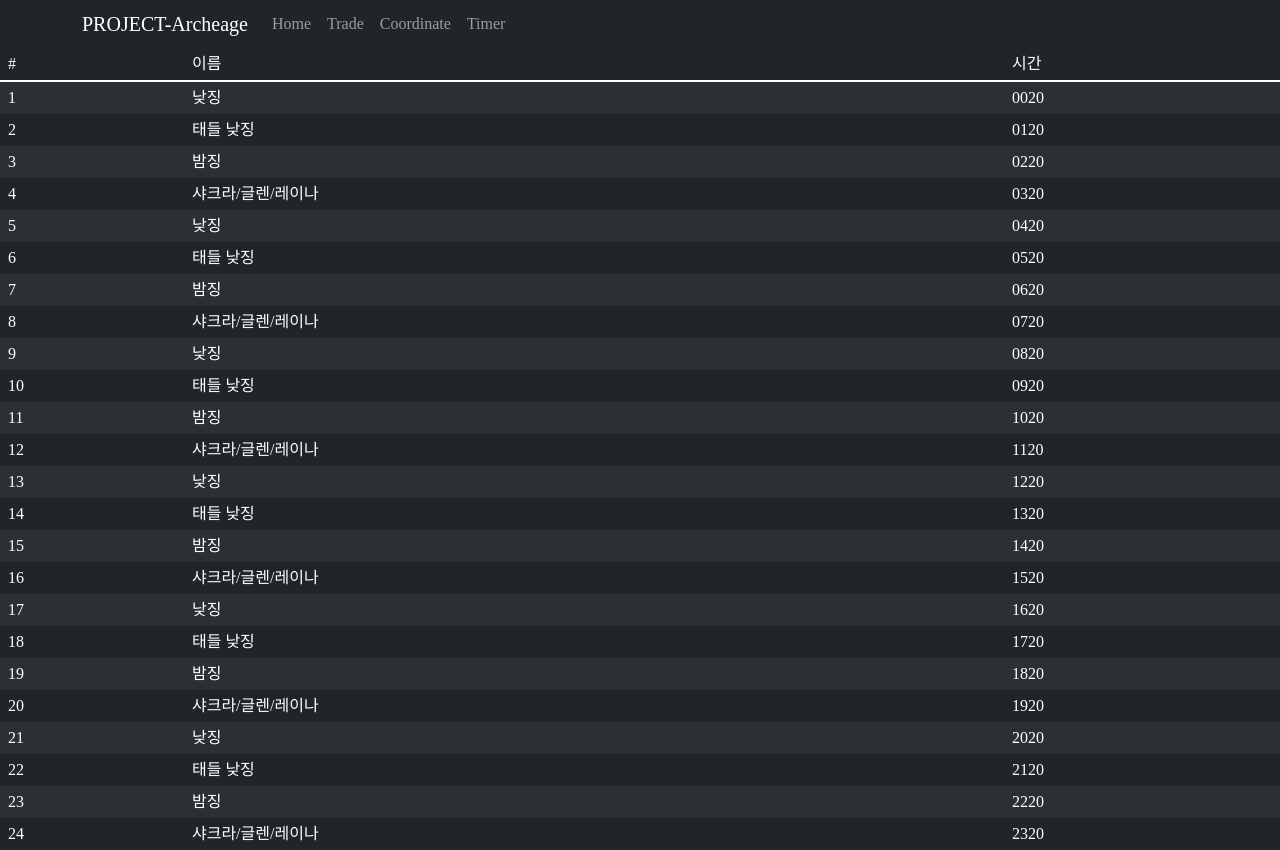
Repository: minsang98/project-archeage
Page: /timer
The author's editor kept a copy of each file at every save. The page is drawn from the files as they stood at one save, then again after the next save.
The browser window is 1280 px wide. The pictures show the whole page.
The project was rebuilt for these pictures with package versions that can differ from the ones it lists, and the page was loaded fresh each time. Imported but missing from the stored project, and not drawn on this page: src/components/Timer/lol.mp3.

Above is the page before, as saved 2022-01-10 23:30:57.

After the next save:
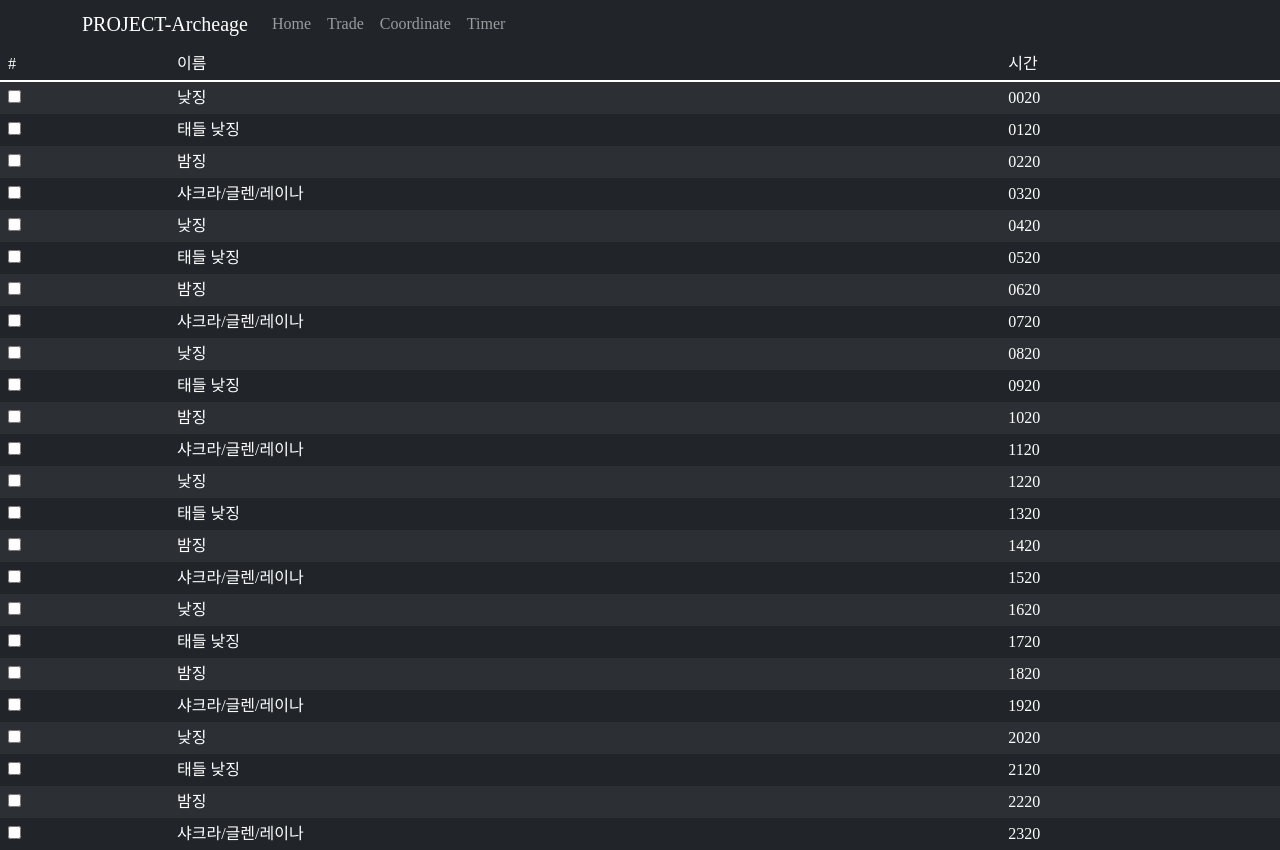
Saved 116 s later.
--- a/src/components/Timer/Timer.js
+++ b/src/components/Timer/Timer.js
@@ -41,7 +41,9 @@ const Timer = () => {
         <tbody>
           {riftRaid.map((v, i) => (
             <tr key={i}>
-              <td>{i + 1}</td>
+              <td>
+                <input type="checkbox" />
+              </td>
               <td>
                 {['0120', '0520', '0920', '1320', '1720', '2120'].includes(
                   v.time,
